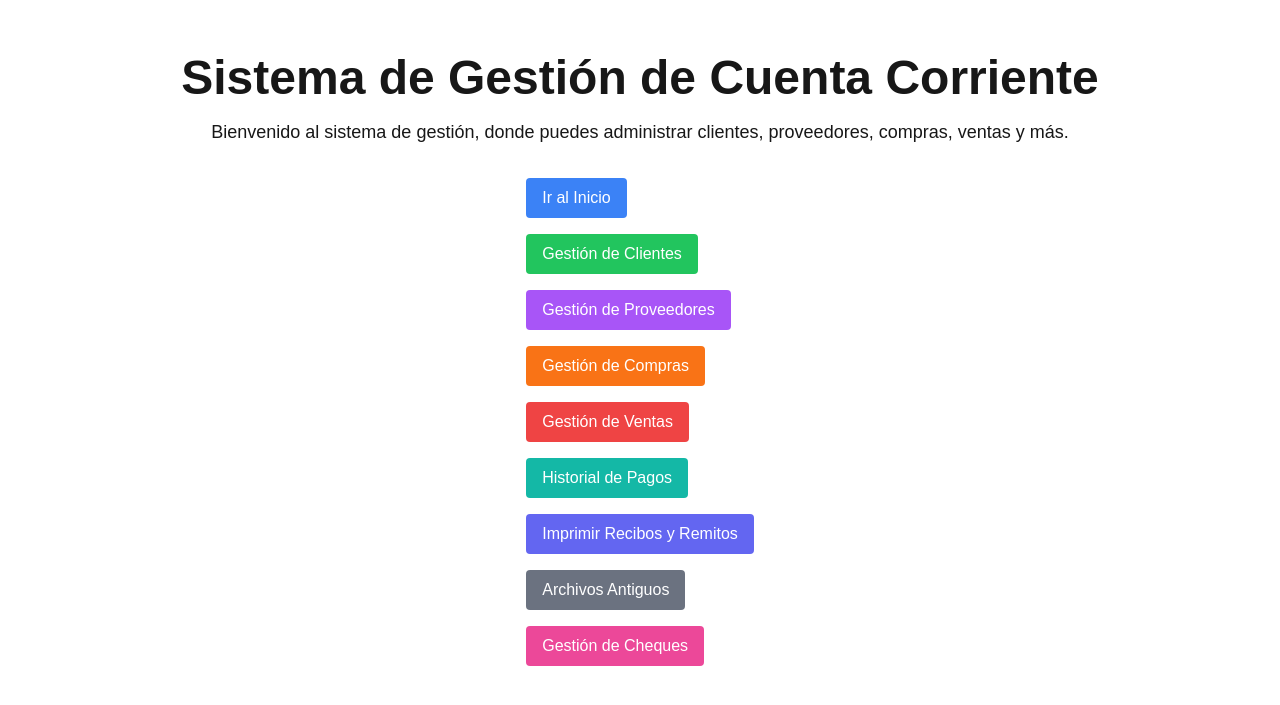
Repository: manucavallera/Sistema-Gestion
Page: /
These files come from the project's save history. The page is drawn as it stood at one moment and after the next save; the edit follows.
The browser window is 1280 px wide. The pictures show the whole page.
The project was rebuilt for these pictures with package versions that can differ from the ones it lists, and the page was loaded fresh each time. The framework's server and built-in components were replaced by stand-ins that run in the browser. Also part of the build but not shown: next.config.mjs.

Above is the page before, as saved 2024-11-18 14:41:27.

After the next save:
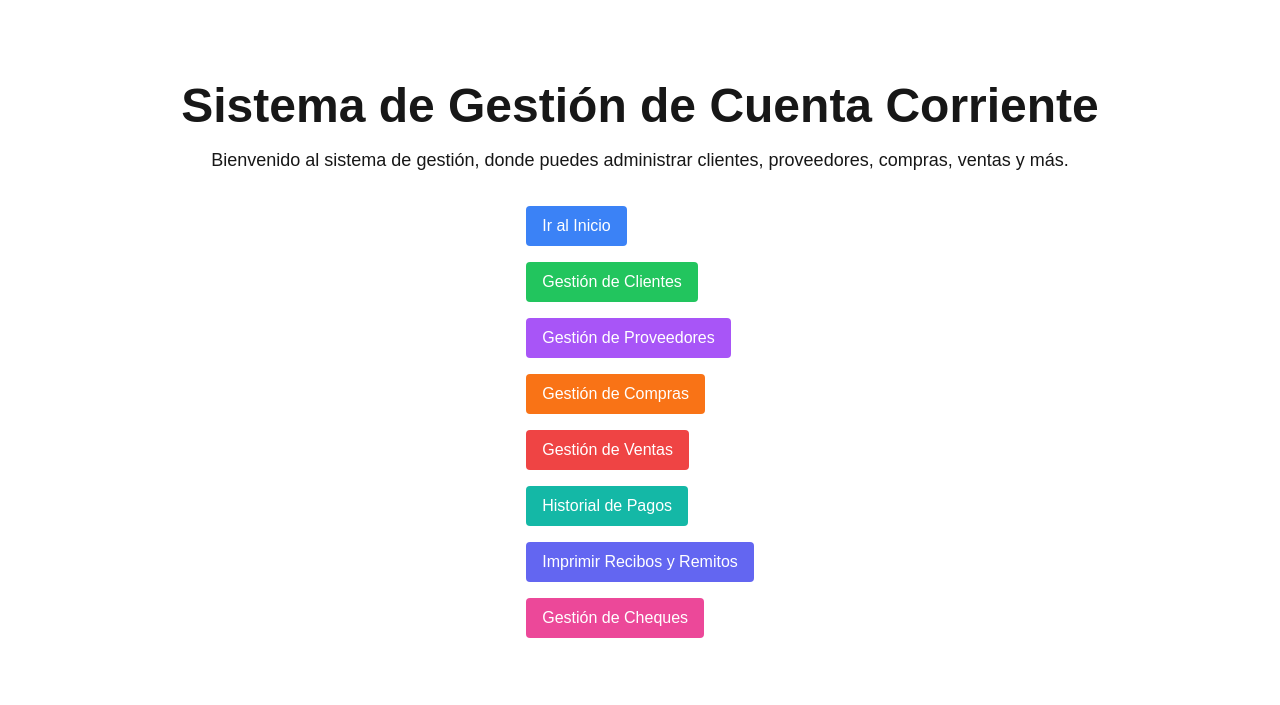
Saved 4 s later.
--- a/src/app/page.tsx
+++ b/src/app/page.tsx
@@ -44,12 +44,7 @@ const links = [
     bgColor: "bg-indigo-500",
     hoverColor: "hover:bg-indigo-600",
   },
-  {
-    href: "/archivados",
-    label: "Archivos Antiguos",
-    bgColor: "bg-gray-500",
-    hoverColor: "hover:bg-gray-600",
-  },
+
   {
     href: "/cheques",
     label: "Gestión de Cheques",
